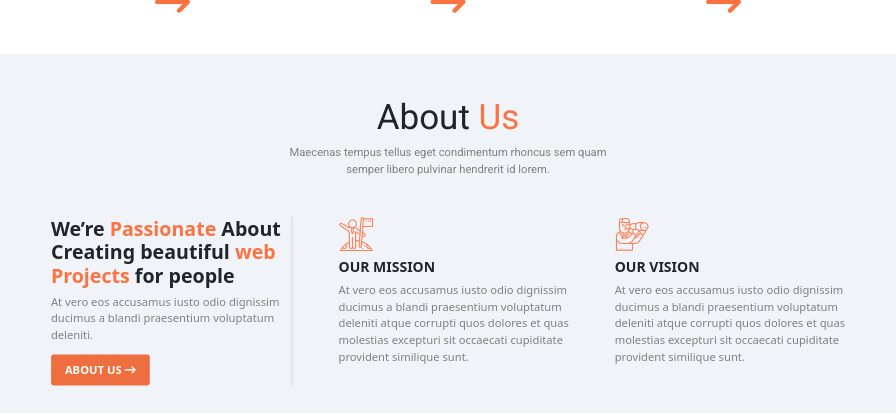
Repository: meherujjahan/Molti-website
Page: index.html
An editor plug-in stored every save of this project. The page is shown before and after the next save, followed by the edit.
The browser window is 1280 px wide. The pictures show the part of the page from y = 1081 to 3001 px (the page is 1672 px tall before and 3001 px after), at 70% of full size.
Some web libraries are served in a nearby version.

Above is the page before, as saved 2022-03-08 19:45:41.

After the next save:
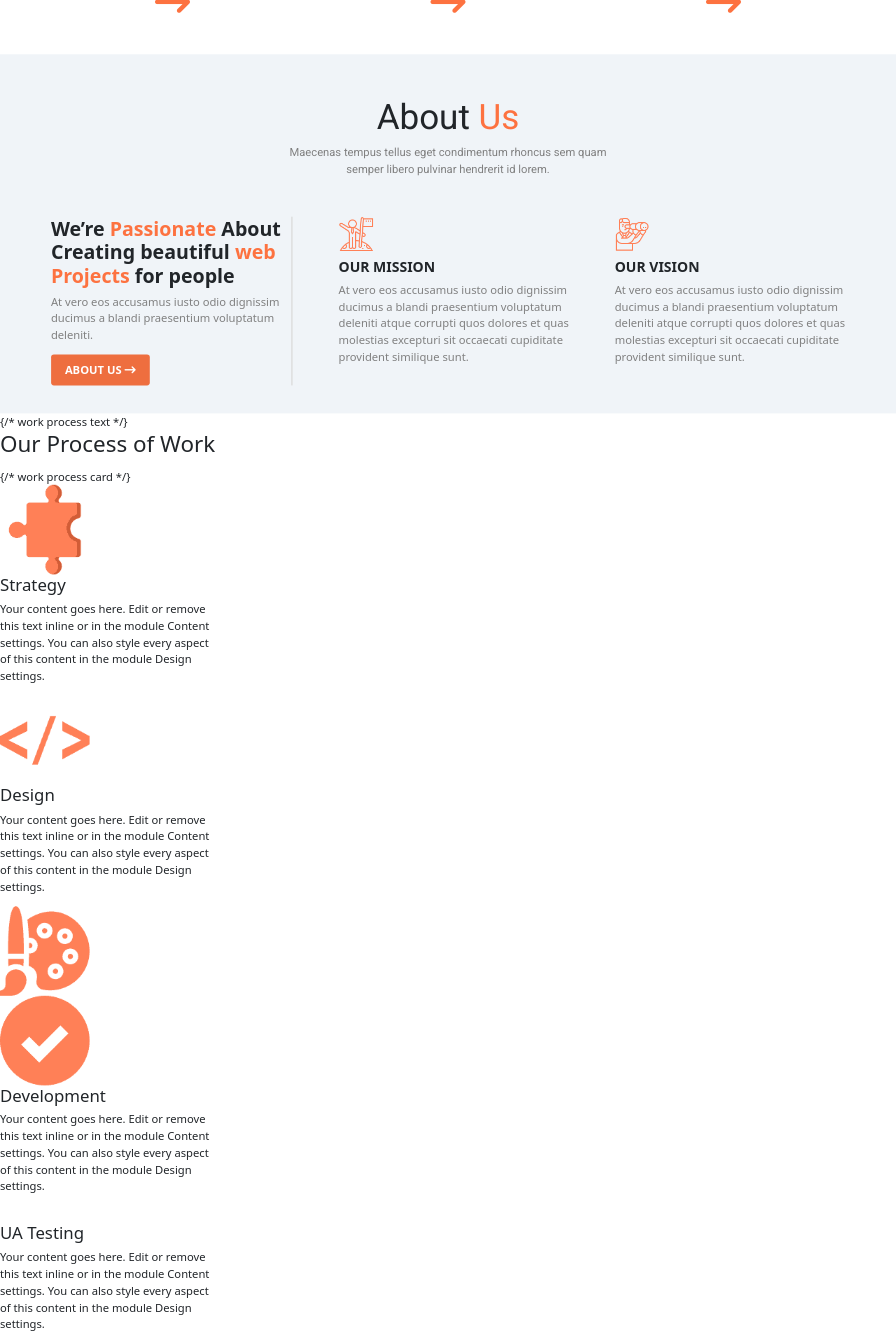
Not found: {design}
Saved 4 min 45 s later.
--- a/index.html
+++ b/index.html
@@ -327,6 +327,88 @@
           </div>
         </div>
       </section>
+      <!-- WORK PROCESS SECTION -->
+      <div class="work-process">
+        {/* work process text */}
+        <div class="workProcess-text">
+          <h2>Our Process of Work</h2>
+          <p></p>
+        </div>
+
+        {/* work process card */}
+
+        <div class="WP-all-card">
+          <div class="WP-card">
+            <div class="WP-single-card">
+              <div>
+                <img src="Image/Strategy.png" alt="" />
+              </div>
+              <div>
+                <h4>Strategy</h4>
+                <p class="WP-text-border">
+                  Your content goes here. Edit or remove <br />
+                  this text inline or in the module Content <br />
+                  settings. You can also style every aspect <br />
+                  of this content in the module Design <br />
+                  settings.
+                </p>
+              </div>
+            </div>
+            <div class="WP-single-card">
+              <div>
+                <img src="Image/Development-icon.png" alt="" />
+              </div>
+              <div>
+                <h4>Design</h4>
+                <p>
+                  Your content goes here. Edit or remove <br />
+                  this text inline or in the module Content <br />
+                  settings. You can also style every aspect <br />
+                  of this content in the module Design <br />
+                  settings.
+                </p>
+              </div>
+            </div>
+          </div>
+          <div>
+            <img src="Image/Design.png" alt="" />
+          </div>
+          <div>
+            <div class="WP-card">
+              <div class="WP-single-card">
+                <div>
+                  <img src="Image/UA-Testing.png" alt="" />
+                </div>
+                <div>
+                  <h4>Development</h4>
+                  <p class="WP-text-border">
+                    Your content goes here. Edit or remove <br />
+                    this text inline or in the module Content <br />
+                    settings. You can also style every aspect <br />
+                    of this content in the module Design <br />
+                    settings.
+                  </p>
+                </div>
+              </div>
+              <div class="WP-single-card">
+                <div>
+                  <img src="{design}" alt="" />
+                </div>
+                <div>
+                  <h4>UA Testing</h4>
+                  <p>
+                    Your content goes here. Edit or remove <br />
+                    this text inline or in the module Content <br />
+                    settings. You can also style every aspect <br />
+                    of this content in the module Design <br />
+                    settings.
+                  </p>
+                </div>
+              </div>
+            </div>
+          </div>
+        </div>
+      </div>
     </main>
   </body>
 </html>
